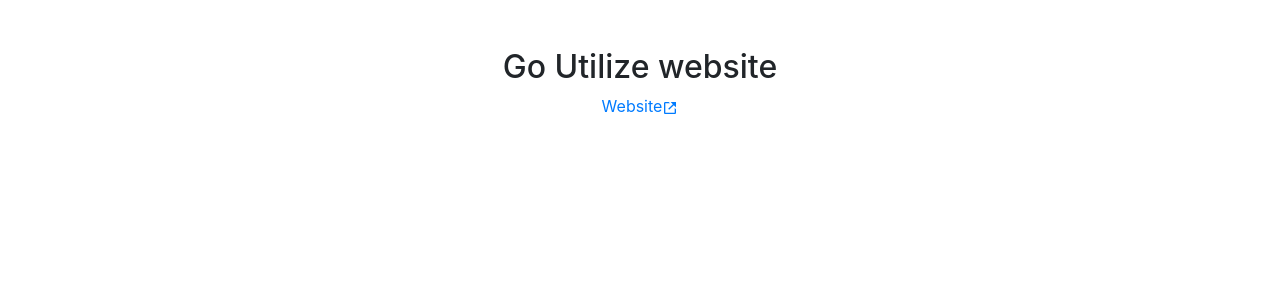
Repository: mdtahsinamin/internship-task
Page: /contact
An editor plug-in stored every save of this project. The page is shown before and after the next save, followed by the edit.
The browser window is 1280 px wide. The pictures show the whole page.
The project was rebuilt for these pictures with package versions that can differ from the ones it lists, and the page was loaded fresh each time. Also part of the build but not shown: src/App.css, src/Components/Style/SignIn.css, src/Components/Authentication/firebase.config.js, src/Components/Authentication/AuthManager.js, src/Components/Authentication/SignIn.js, src/Components/NotFound/NotFound.js, src/Components/Style/Navigation.css, src/Components/Pages/Share/Navigation/Navigation.js and 3 more.

Above is the page before, as saved 2020-12-24 19:47:15.

### src/App.js

import { createContext, useState } from "react";
import {
  BrowserRouter as Router,
  Switch,
  Route,
  Link
} from "react-router-dom";
import './App.css';
import SignIn from "./Components/Authentication/SignIn";
import NotFound from "./Components/NotFound/NotFound";
import Home from "./Components/Pages/Home/Home";
import Contact from "./Components/Pages/Share/Contact/Contact";
import Editing from "./Components/Pages/Share/Editing/Editing";
import Navigation from "./Components/Pages/Share/Navigation/Navigation";
import PrivateRoute from "./Components/PrivateRoute/PrivateRoute";

export const UserContext = createContext();

function App() {
   const [loginUser,setLoginUser] = useState({

   });

  return (
   <UserContext.Provider value={[loginUser,setLoginUser]}>
    <Router>
       <Switch>
         <PrivateRoute path='/home'>
           <Home></Home>
         </PrivateRoute>

        <PrivateRoute path='/order-editing'>
               <Navigation></Navigation>
               <Editing></Editing>
        </PrivateRoute>

        <Route path='/sign-in'>
              <Navigation></Navigation>
              <SignIn/>
         </Route>

         <Route path='/contact'>
             <Contact></Contact>
         </Route>

         <PrivateRoute exact path='/'>
             <Home></Home>
         </PrivateRoute>

       </Switch>
    </Router>
   </UserContext.Provider>
  );
}

export default App;

### src/Components/Pages/Share/Contact/Contact.js
import React from 'react';
import { BiLinkExternal } from "react-icons/bi";
const Contact = () => {
    const aStyle={
        textDecoration:'none',

    };
    return (
        <div className='text-center mt-5'>
             <h2>Go Utilize website</h2>
              <a href="https://www.utilize.app/" target="_blank">Website<BiLinkExternal/></a>
        </div>
    );
};

export default Contact;

Loaded but not shown: public/index.html (common file); src/index.js (common file); src/index.css (common file); src/reportWebVitals.js (common file)

After the next save:
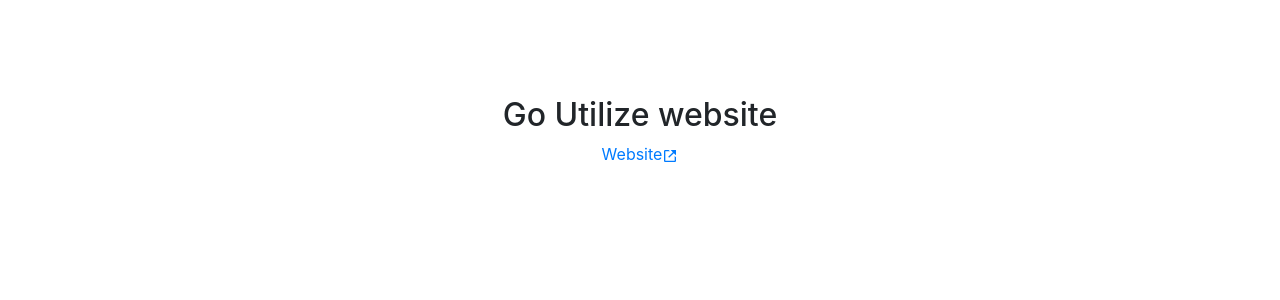
Saved 8 s later.
--- a/src/Components/Pages/Share/Contact/Contact.js
+++ b/src/Components/Pages/Share/Contact/Contact.js
@@ -6,7 +6,7 @@ const Contact = () => {
 
     };
     return (
-        <div className='text-center mt-5'>
+        <div className='text-center mt-5 pt-5'>
              <h2>Go Utilize website</h2>
               <a href="https://www.utilize.app/" target="_blank">Website<BiLinkExternal/></a>
         </div>
